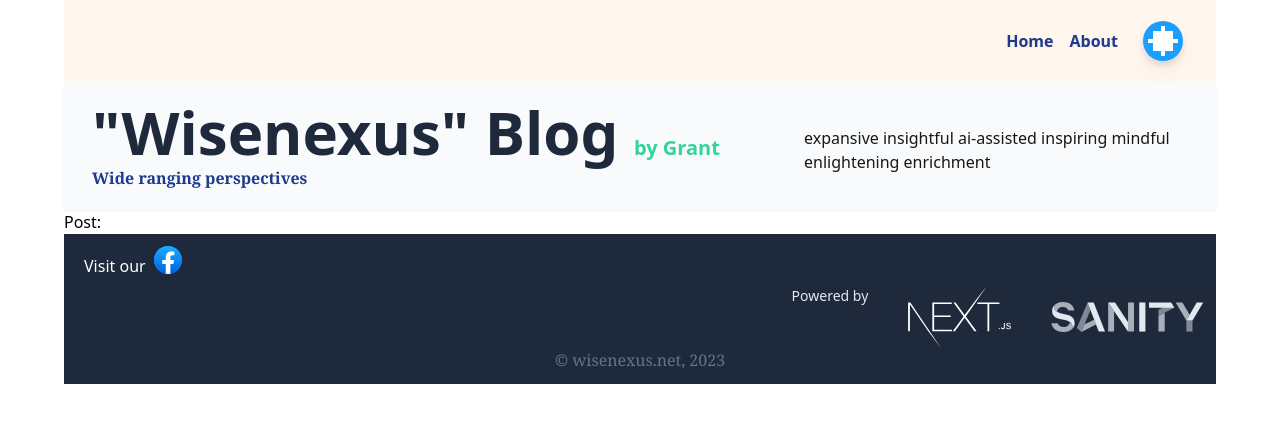
Repository: gpgundersen/sanity3-nextjs13-blog
Page: /post
An editor plug-in stored every save of this project. The page is shown before and after the next save, followed by the edit.
The browser window is 1280 px wide. The pictures show the whole page.
The project was rebuilt for these pictures with package versions that can differ from the ones it lists, and the page was loaded fresh each time. The framework's server and built-in components were replaced by stand-ins that run in the browser. Also part of the build but not shown: next.config.js.

Above is the page before, as saved 2023-02-05 16:43:11.

### app/(user)/layout.tsx
import Header from "../../components/Header"
import Banner from "../../components/Banner"
import Footer from "../../components/Footer"
import "../../styles/globals.css";

export default function RootLayout({
  children,
}: {
  children: React.ReactNode
}): JSX.Element {
  return (
    <html>
      <head />
      <body className="max-w-6xl mx-auto">
        <Header />
        <Banner />
        {children}
        <Footer />
        </body>
    </html>
  )
}

### app/(user)/post/page.tsx
import { client } from "../../../lib/sanity.client"

type Props = {
    params: {
        slug: string;
    };
};

function Post({params:
    { slug } }: Props) {
        return <div>Post: {slug}</div>;
    }


export default Post;

### components/Header.tsx
import NexusLogo from "./NexusLogo"
import Link from "next/link"

function Header() {
    return (
        <header className="flex items-center justify-end space-x-1 font-bold px-7 py-4 bg-orange-50">
            <div className="flex items-center justify-end space-x-4 mx-4 text-blue-900 drop-shadow-sm">
            <div className="hover:text-blue-500"><Link href="/">Home</Link></div>
            <div className="hover:text-blue-500"><Link href="/about/wise-phil">About</Link></div>
            </div>
            <div className="drop-shadow-lg">
               <NexusLogo />
            </div>
        </header>
    )
}

export default Header

### components/Banner.tsx
function Banner() {
    return <div className="flex items-center justify-between space-x-1 font-bold px-7 py-5 bg-slate-50 shadow-sm">
        <div >
            <h1 className="text-6xl text-slate-800">"Wisenexus" Blog <span className=" text-xl text-emerald-400">by Grant</span></h1>
            <h2 className="mt-4 md:mt-1 text-blue-900 font-serif">Wide ranging perspectives</h2>
        </div>
        <p className="mt-5 md:mt-2 max-w-sm text-neutral-900 font-thin">expansive insightful ai-assisted inspiring mindful enlightening enrichment</p>
        </div>

}

export default Banner

### components/Footer.tsx
import FbIcon from "./FbIcon"
import NextJsIcon from "./NextJsIcon"
import SanityIcon from "./SanityIcon"

function Footer() {
    return <div className="bg-slate-800 text-slate-200">
      <div className="container p-3">
        <div className="flex justify-start">
            <p className="text-white m-2 font-light">Visit our</p><FbIcon />
        </div>
        <div className="flex justify-end space-x-10">
          <p className="text-sm">Powered by</p><NextJsIcon /><SanityIcon /></div>
       <h6 className="font-serif text-slate-500 text-center">© wisenexus.net, 2023</h6>
      </div>
    </div>
}

export default Footer

### components/NexusLogo.tsx
function NexusLogo(props: any) {
    const {renderDefault, title} = props;
    return <div className="flex items-center space-x-2">
        <svg width="50" height="50" viewBox="0 0 50 50">
            <circle cx="25" cy="25" r="20" fill="#1B9FFF"/>
            <rect x="15" y="15" width="20" height="20" fill="white"/>
            <path d="M 25 10 L 25 40" stroke="white" strokeWidth="4"/>
            <path d="M 10 25 L 40 25" stroke="white" strokeWidth="4"/>
        </svg>
        {renderDefault && <>{renderDefault(props)}</>}
    </div>;
}

export default NexusLogo

### components/FbIcon.tsx
function FbIcon() {
    return <button className="bg-blue-600 rounded-full w-7 h-full">
      <a target="_blank" href="https://www.facebook.com/wise.nexus" rel="noopener noreferrer">
        <svg className="fill-white" xmlns="http://www.w3.org/2000/svg" viewBox="0 0 40 40">
          <linearGradient xmlns="http://www.w3.org/2000/svg" id="a" x1="-277.375" x2="-277.375" y1="406.6018" y2="407.5726" gradientTransform="matrix(40 0 0 -39.7778 11115.001 16212.334)" gradientUnits="userSpaceOnUse">
            <stop offset="0" stopColor="#0062e0"/>
            <stop offset="1" stopColor="#19afff"/>
          </linearGradient>
            <path xmlns="http://www.w3.org/2000/svg" fill="url(#a)" d="M16.7 39.8C7.2 38.1 0 29.9 0 20 0 9 9 0 20 0s20 9 20 20c0 9.9-7.2 18.1-16.7 19.8l-1.1-.9h-4.4l-1.1.9z"/>
            <path xmlns="http://www.w3.org/2000/svg" fill="#fff" d="m27.8 25.6.9-5.6h-5.3v-3.9c0-1.6.6-2.8 3-2.8H29V8.2c-1.4-.2-3-.4-4.4-.4-4.6 0-7.8 2.8-7.8 7.8V20h-5v5.6h5v14.1c1.1.2 2.2.3 3.3.3 1.1 0 2.2-.1 3.3-.3V25.6h4.4z"/>
        </svg>
      </a>
    </button>
}

export default FbIcon

### components/NextJsIcon.tsx
function NextJsIcon() {
    return <button className="">
        <a target="_blank" href="https://nextjs.org/" rel="noopener noreferrer">
            <svg xmlns="http://www.w3.org/2000/svg" width="103px" height="62px" viewBox="0 0 207 124" fill="white">
            <path d="M48.9421964,32.6320058 L87.9011585,32.6320058 L87.9011585,35.7136421 L52.5134345,35.7136421 L52.5134345,58.9070103 L85.7908813,58.9070103 L85.7908813,61.9886466 L52.5134345,61.9886466 L52.5134345,87.4526941 L88.306981,87.4526941 L88.306981,90.5343303 L48.9421964,90.5343303 L48.9421964,32.6320058 Z M91.3912326,32.6320058 L95.5306221,32.6320058 L113.8738,58.0960534 L132.622801,32.6320058 L158.124498,0.286809811 L116.22757,60.7722112 L137.817329,90.5343303 L133.51561,90.5343303 L113.8738,63.4483691 L94.1508254,90.5343303 L89.9302715,90.5343303 L111.682358,60.7722112 L91.3912326,32.6320058 Z M139.359455,35.713642 L139.359455,32.6320058 L183.756439,32.6320058 L183.756439,35.7136421 L163.302983,35.7136421 L163.302983,90.5343303 L159.731745,90.5343303 L159.731745,35.7136421 L139.359455,35.713642 Z"/>
            <polygon points="0.202923647 32.6320058 4.66697141 32.6320058 66.2235778 124.303087 40.785176 90.5343303 3.93649086 37.0111732 3.77416185 90.5343303 0.202923647 90.5343303"/>
            <path d="M183.396622,86.5227221 C184.134938,86.5227221 184.673474,85.9601075 184.673474,85.233037 C184.673474,84.5059658 184.134938,83.9433513 183.396622,83.9433513 C182.666993,83.9433513 182.11977,84.5059658 182.11977,85.233037 C182.11977,85.9601075 182.666993,86.5227221 183.396622,86.5227221 Z M186.905793,83.1297235 C186.905793,85.2763149 188.460599,86.678523 190.727662,86.678523 C193.142388,86.678523 194.601647,85.233037 194.601647,82.7229099 L194.601647,73.8855335 L192.655968,73.8855335 L192.655968,82.7142542 C192.655968,84.1078073 191.952397,84.8521899 190.710289,84.8521899 C189.598473,84.8521899 188.842785,84.1597409 188.816727,83.1297235 L186.905793,83.1297235 Z M197.146664,83.0172011 C197.285642,85.2503478 199.153145,86.678523 201.932686,86.678523 C204.903321,86.678523 206.762139,85.1811034 206.762139,82.792155 C206.762139,80.9138876 205.702439,79.8752151 203.131364,79.2779777 L201.750279,78.9404092 C200.117298,78.5595622 199.457158,78.0488813 199.457158,77.1573541 C199.457158,76.0321243 200.482113,75.296398 202.019547,75.296398 C203.478806,75.296398 204.48639,76.0148135 204.668797,77.1660091 L206.562359,77.1660091 C206.44944,75.0626962 204.590622,73.5825873 202.045605,73.5825873 C199.309495,73.5825873 197.48542,75.0626962 197.48542,77.2871878 C197.48542,79.1221767 198.519063,80.2127835 200.786126,80.7407758 L202.401734,81.1302779 C204.060773,81.5197807 204.790402,82.091051 204.790402,83.0431676 C204.790402,84.1510859 203.643842,84.9560573 202.08035,84.9560573 C200.403939,84.9560573 199.240006,84.2030196 199.074971,83.0172011 L197.146664,83.0172011 Z"/>
            </svg>
        </a>
    </button>
}

export default NextJsIcon

### components/SanityIcon.tsx
function SanityIcon () {
    return <button className="">
        <a target="_blank" href="https://www.sanity.io/" rel="noopener noreferrer">
        <svg viewBox="0 0 105 22" fill="none" xmlns="http://www.w3.org/2000/svg" height="2em">
            <path opacity="0.7" d="M78.1793 7.99261V21.0028H73.9031V10.2138L78.1793 7.99261Z" fill="currentColor"></path>
            <path opacity="0.7" d="M20.9511 21.33L30.944 16.1051L29.7121 12.9141L23.1332 15.9821L20.9511 21.33Z" fill="currentColor"></path>
            <path opacity="0.5" d="M73.9031 10.2027L84.7443 4.65477L82.9126 1.5571L73.9031 5.95997V10.2027Z" fill="currentColor"></path>
            <path opacity="0.7" d="M43.3705 6.96233V21.0028H39.2927V1.00714L43.3705 6.96233Z" fill="currentColor"></path>
            <path opacity="0.5" d="M27.1299 6.18617L20.9511 21.33L17.7731 18.5943L25.1353 1.00714L27.1299 6.18617Z" fill="currentColor"></path>
            <path d="M25.1353 1.00714H29.3477L37.1386 21.0028H32.8269L25.1353 1.00714Z" fill="currentColor"></path>
            <path d="M44.0012 1.00714L52.9824 14.6682V21.0028L39.2927 1.00714H44.0012Z" fill="currentColor"></path>
            <path d="M64.9183 1.00714H60.6739V21.0063H64.9183V1.00714Z" fill="currentColor"></path>
            <path d="M73.9031 4.65474H67.37V1.00714H82.5867L84.7443 4.65474H78.1793H73.9031Z" fill="currentColor"></path>
            <path opacity="0.5" d="M97.2754 13.4153V21.0028H93.0629V13.4153" fill="currentColor"></path>
            <path d="M93.0629 13.4152L100.191 1.00714H104.666L97.2754 13.4152H93.0629Z" fill="currentColor"></path>
            <path opacity="0.7" d="M93.063 13.4152L85.7363 1.00714H90.3456L95.3092 9.51008L93.063 13.4152Z" fill="currentColor"></path>
            <path d="M1.96126 3.31479C1.96126 6.09921 3.71145 7.75595 7.21536 8.62956L10.9283 9.47533C14.2444 10.2236 16.2639 12.0822 16.2639 15.1103C16.2897 16.4295 15.8531 17.7173 15.0274 18.7579C15.0274 15.7368 13.4367 14.1044 9.59972 13.1229L5.95409 12.3085C3.03475 11.6541 0.781478 10.1262 0.781478 6.83709C0.766123 5.56693 1.18116 4.32781 1.96126 3.31479" fill="currentColor"></path>
            <path opacity="0.7" d="M52.9824 13.6415V1.00714H57.0602V21.0028H52.9824V13.6415Z" fill="currentColor"></path>
            <path opacity="0.7" d="M12.7458 14.3689C14.3294 15.3643 15.0238 16.7565 15.0238 18.7544C13.713 20.4041 11.4101 21.33 8.70333 21.33C4.14718 21.33 0.958577 19.1268 0.25 15.2982H4.62547C5.18878 17.0559 6.68034 17.8703 8.67144 17.8703C11.1019 17.8703 12.7174 16.5964 12.7493 14.3619" fill="currentColor"></path>
            <path opacity="0.7" d="M4.23567 7.44267C3.5125 7.02045 2.9192 6.41375 2.51873 5.68697C2.11827 4.96019 1.92558 4.14045 1.96113 3.31476C3.22594 1.67891 5.42608 0.679993 8.10804 0.679993C12.7492 0.679993 15.4347 3.08852 16.0972 6.47856H11.8883C11.4242 5.14203 10.2621 4.10136 8.14347 4.10136C5.87957 4.10136 4.33487 5.39611 4.24629 7.44267" fill="currentColor"></path>
        </svg>
        </a>
    </button>
}

export default SanityIcon

Loaded but not shown: styles/globals.css (common file); tailwind.config.js (common file)

After the next save:
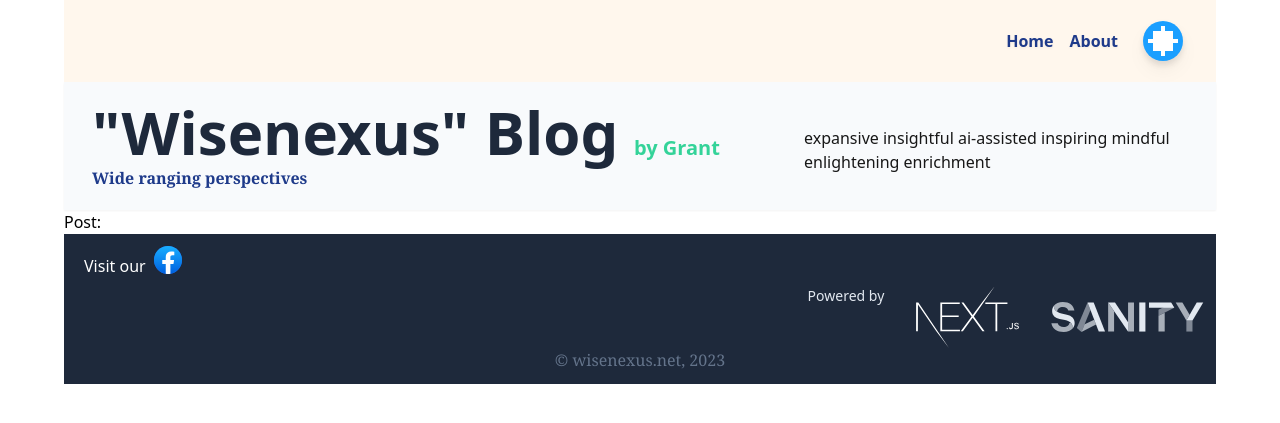
Saved 63 s later.
--- a/components/Footer.tsx
+++ b/components/Footer.tsx
@@ -8,7 +8,7 @@
         <div className="flex justify-start">
             <p className="text-white m-2 font-light">Visit our</p><FbIcon />
         </div>
-        <div className="flex justify-end space-x-10">
+        <div className="flex justify-end space-x-8">
           <p className="text-sm">Powered by</p><NextJsIcon /><SanityIcon /></div>
        <h6 className="font-serif text-slate-500 text-center">© wisenexus.net, 2023</h6>
       </div>
